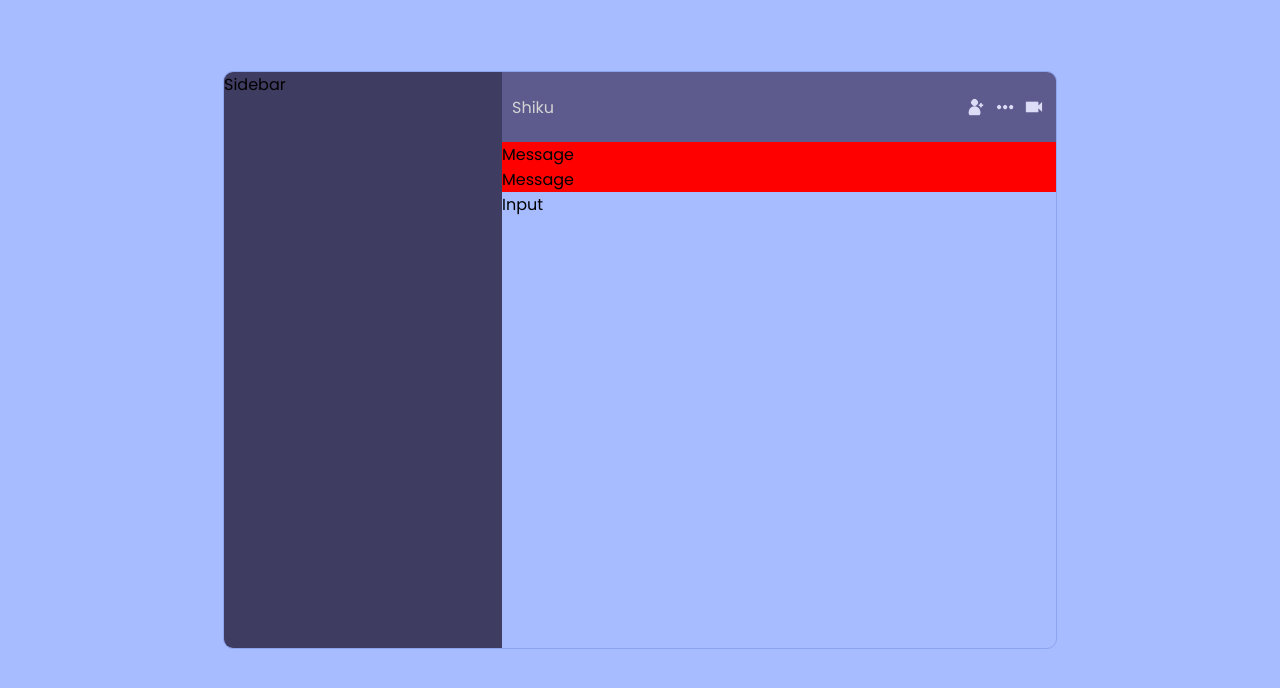
Repository: shikubro90/chatapp
Page: /
The author's editor kept a copy of each file at every save. The page is drawn from the files as they stood at one save, then again after a run of saves.
The browser window is 1280 px wide. The pictures show the whole page.
The project was rebuilt for these pictures with package versions that can differ from the ones it lists, and the page was loaded fresh each time. Also part of the build but not shown: src/pages/Login.jsx, src/pages/Register.jsx.

Above is the page before, as saved 2022-09-14 15:26:56.

After the next 4 saves:
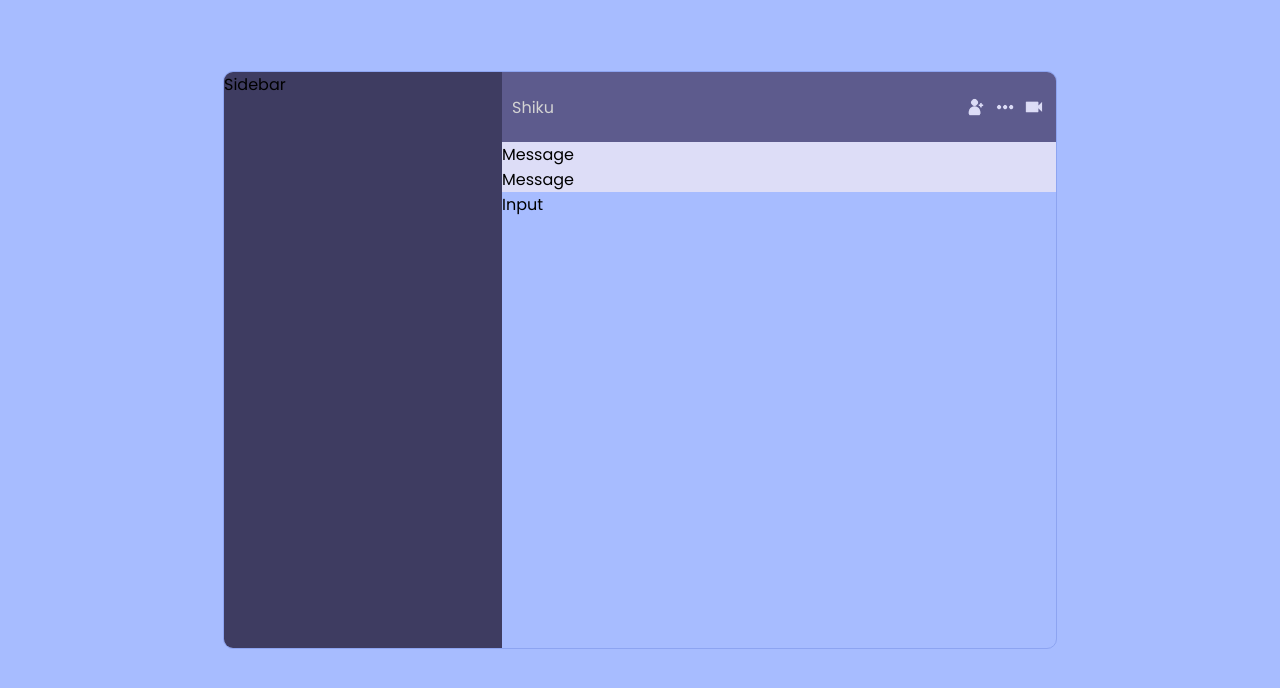
The 4 saves are shown as one change because 1 did not build or start and some came seconds apart.
The last was saved 15 s later.
--- a/src/style.scss
+++ b/src/style.scss
@@ -228,7 +228,7 @@
                 }
             }
             .messages{
-                background: red;
+                background: #ddddf7;
             }
 
         }
